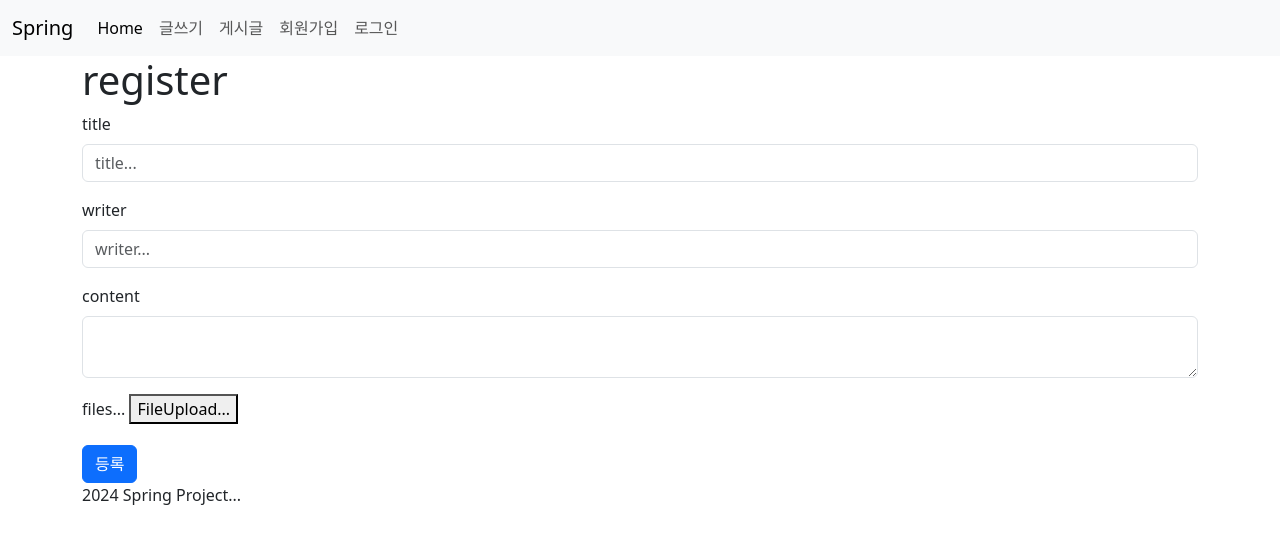
Repository: dlwpsdlwps/springTest240430
Page: http://localhost/spring_study/WEB-INF/views/board/register.jsp
These files come from the project's save history. The page is drawn as it stood at one moment and after the next save; the edit follows.
The browser window is 1280 px wide. The pictures show the whole page.
The page is served by Tomcat 9. Nobody is signed in. The template is opened directly, without the code that normally fills it, so the values that code supplies are empty.

Above is the page before, as saved 2024-04-29 01:35:49.

### spring_study/src/main/webapp/WEB-INF/views/board/register.jsp
<%@ page language="java" contentType="text/html; charset=UTF-8"
    pageEncoding="UTF-8"%>
<jsp:include page="../layout/header.jsp" />
<div class="container-md">
	<h1>register</h1>
	<form action="/board/insert" method="post" enctype="multipart/form-data">
		<div class="mb-3">
		  <label for="t" class="form-label">title</label>
		  <input type="text" class="form-control" name="title" id="t" placeholder="title...">
		</div>
		<div class="mb-3">
		  <label for="w" class="form-label">writer</label>
		  <input type="text" class="form-control" name="writer" value="${ses.id }" id="w" placeholder="writer..." readonly="readonly">
		</div>
		<div class="mb-3">
		  <label for="c" class="form-label">content</label>
		  <textarea class="form-control" name="content" id="c" aria-label="With textarea"></textarea>
		</div>

		<!-- 파일 입력 라인 추가 -->
		<div class="mb-3">
		  <label for="file" class="form-label">files...</label>
		  <input type="file" class="form-control" name="files" id="file" multiple="multiple" style="display: none">
		  <button type="button" class="">FileUpload...</button>
		</div>

		<button type="submit" class="btn btn-primary">등록</button>
	</form>
</div>
<jsp:include page="../layout/footer.jsp" />

### spring_study/src/main/webapp/WEB-INF/views/layout/header.jsp
<%@ page language="java" contentType="text/html; charset=UTF-8"
    pageEncoding="UTF-8"%>
<%@ taglib uri="http://java.sun.com/jsp/jstl/core" prefix="c" %>
<!DOCTYPE html>
<html>
<head>
<meta charset="UTF-8">
<title>header.jsp</title>
<link href="https://cdn.jsdelivr.net/npm/bootstrap@5.3.3/dist/css/bootstrap.min.css" rel="stylesheet" integrity="sha384-QWTKZyjpPEjISv5WaRU9OFeRpok6YctnYmDr5pNlyT2bRjXh0JMhjY6hW+ALEwIH" crossorigin="anonymous">
<script src="https://cdn.jsdelivr.net/npm/bootstrap@5.3.3/dist/js/bootstrap.bundle.min.js" integrity="sha384-YvpcrYf0tY3lHB60NNkmXc5s9fDVZLESaAA55NDzOxhy9GkcIdslK1eN7N6jIeHz" crossorigin="anonymous"></script>
</head>
<body>
<nav class="navbar navbar-expand-lg bg-body-tertiary">
  <div class="container-fluid">
    <a class="navbar-brand" href="/">Spring</a>
    <button class="navbar-toggler" type="button" data-bs-toggle="collapse" data-bs-target="#navbarSupportedContent" aria-controls="navbarSupportedContent" aria-expanded="false" aria-label="Toggle navigation">
      <span class="navbar-toggler-icon"></span>
    </button>
    <div class="collapse navbar-collapse" id="navbarSupportedContent">
      <ul class="navbar-nav me-auto mb-2 mb-lg-0">
        <li class="nav-item">
          <a class="nav-link active" aria-current="page" href="/">Home</a>
        </li>
        <li class="nav-item">
          <a class="nav-link" href="/board/register">글쓰기</a>
        </li>
        <li class="nav-item">
          <a class="nav-link" href="/board/list">게시글</a>
        </li>
        <li class="nav-item">
          <a class="nav-link" href="/member/register">회원가입</a>
        </li>
		<c:if test="${ses.id == null }">
	       	<li class="nav-item">
	       		<a class="nav-link" href="/member/login">로그인</a>
	       	</li>
       	</c:if>
		<c:if test="${ses.id != null }">
			<li class="nav-item">
				<a class="nav-link" href="/member/logout">로그아웃</a>
			</li>
		</c:if>
		<c:if test="${ses.id != null }">
	       	<li class="nav-item">
	       		<a class="nav-link" href="/member/modify">${ses.id }(${ses.email }) welcome</a>
	       	</li>
       	</c:if>
      </ul>
    </div>
  </div>
</nav>

### spring_study/src/main/webapp/WEB-INF/views/layout/footer.jsp
<%@ page language="java" contentType="text/html; charset=UTF-8"
    pageEncoding="UTF-8"%>
<div class="container-md">
	2024 Spring Project...
</div>

</body>
</html>

After the next save:
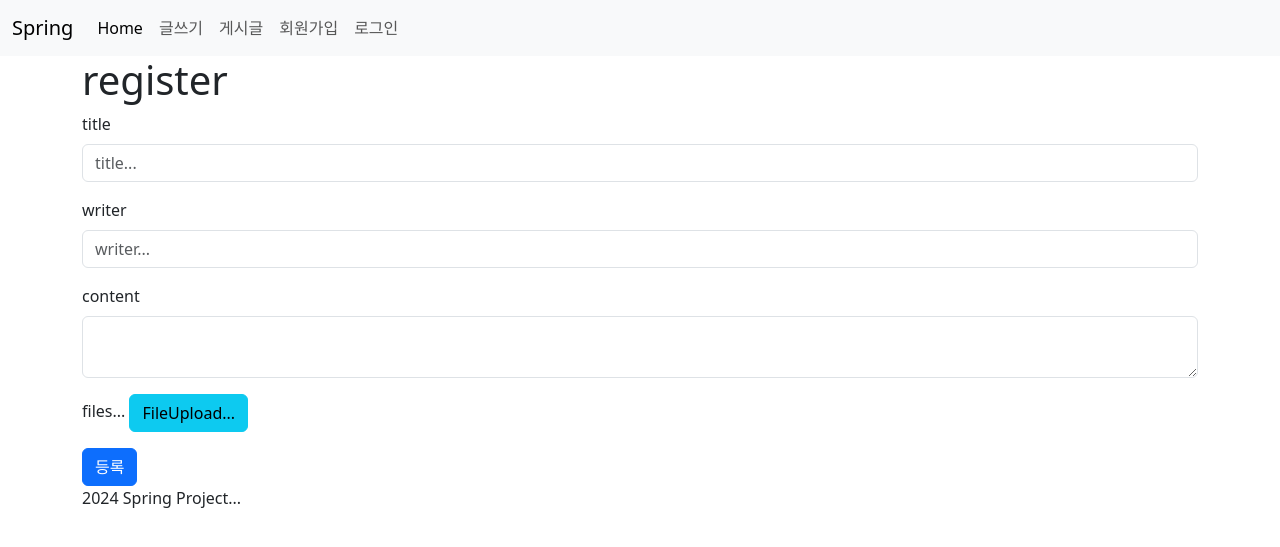
Saved 31 s later.
--- a/spring_study/src/main/webapp/WEB-INF/views/board/register.jsp
+++ b/spring_study/src/main/webapp/WEB-INF/views/board/register.jsp
@@ -21,7 +21,7 @@
 		<div class="mb-3">
 		  <label for="file" class="form-label">files...</label>
 		  <input type="file" class="form-control" name="files" id="file" multiple="multiple" style="display: none">
-		  <button type="button" class="">FileUpload...</button>
+		  <button type="button" class="btn btn-info">FileUpload...</button>
 		</div>
 
 		<button type="submit" class="btn btn-primary">등록</button>
